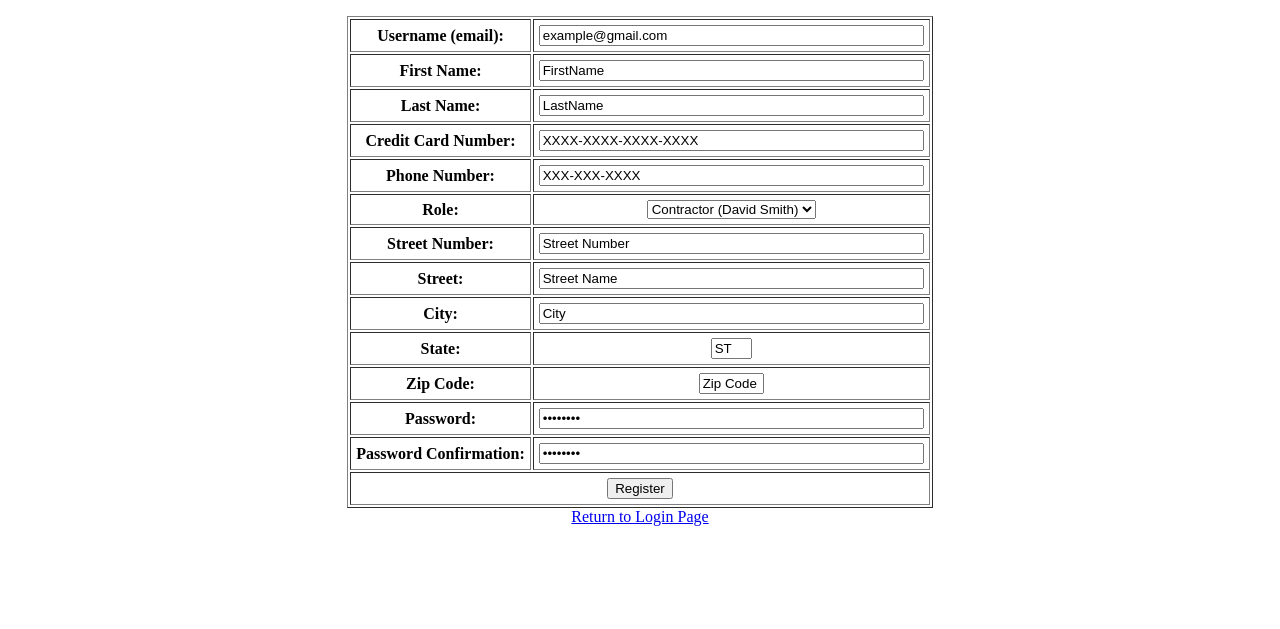
Repository: jrule5960/Tree-Cutting-Database
Page: http://localhost/database/register.jsp
The author's editor kept a copy of each file at every save. The page is drawn from the files as they stood at one save, then again after the next save.
The browser window is 1280 px wide. The pictures show the whole page.
The page is served by Tomcat 9. Other server files are loaded and not shown.

Above is the page before, as saved 2023-11-06 18:34:54.

### database/WebContent/register.jsp
<%@ page language="java" contentType="text/html; charset=ISO-8859-1"
    pageEncoding="ISO-8859-1"%>
<!DOCTYPE html>
<html>
<head><title>Registration</title></head>
<body>
	<div align="center">
		<p> ${errorOne } </p>
		<p> ${errorTwo } </p>
		<form action="register">
			<table border="1" cellpadding="5">
				<tr>
					<th>Username (email): </th>
					<td align="center" colspan="3">
						<input type="text" name="email" size="45"  value="example@gmail.com" onfocus="this.value=''">
					</td>
				</tr>
				<tr>
					<th>First Name: </th>
					<td align="center" colspan="3">
						<input type="text" name="firstName" size="45" value="FirstName" onfocus="this.value=''">
					</td>
				</tr>
				<tr>
					<th>Last Name: </th>
					<td align="center" colspan="3">
						<input type="text" name="lastName" size="45" value="LastName" onfocus="this.value=''">
					</td>
				</tr>
				<tr>
				    <th>Credit Card Number: </th>
				    <td align="center" colspan="3">
				        <input type="text" name="creditCardNumber" size="45" value="XXXX-XXXX-XXXX-XXXX" onfocus="this.value=''">
				    </td>
				</tr>
				<tr>
				    <th>Phone Number: </th>
				    <td align="center" colspan="3">
				        <input type="text" name="phoneNumber" size="45" value="XXX-XXX-XXXX" onfocus="this.value=''">
				    </td>
				</tr>
				<tr>
				    <th>Role: </th>
				    <td align="center" colspan="3">
				        <select name="role">
				            <option value="David Smith">Contractor (David Smith)</option>
				            <option value="Client">Client</option>
				            <option value="Admin Root">Root Admin</option>
				        </select>
				    </td>
				</tr>

				<tr>
				    <th>Street Number: </th>
				    <td align="center" colspan="3">
				        <input type="text" name="adress_street_num" size="45" value="Street Number" onfocus="this.value=''">
				    </td>
				</tr>
				<tr>
				    <th>Street: </th>
				    <td align="center" colspan="3">
				        <input type="text" name="adress_street" size="45" value="Street Name" onfocus="this.value=''">
				    </td>
				</tr>
				<tr>
				    <th>City: </th>
				    <td align="center" colspan="3">
				        <input type="text" name="adress_city" size="45" value="City" onfocus="this.value=''">
				    </td>
				</tr>
				<tr>
				    <th>State: </th>
				    <td align="center" colspan="3">
				        <input type="text" name="adress_state" size="2" value="ST" onfocus="this.value=''">
				    </td>
				</tr>
				<tr>
				    <th>Zip Code: </th>
				    <td align="center" colspan="3">
				        <input type="text" name="adress_zip_code" size="5" value="Zip Code" onfocus="this.value=''">
				    </td>
				</tr>

				<tr>
					<th>Password: </th>
					<td align="center" colspan="3">
						<input type="password" name="password" size="45" value="password" onfocus="this.value=''">
					</td>
				</tr>
				<tr>
					<th>Password Confirmation: </th>
					<td align="center" colspan="3">
						<input type="password" name="confirmation" size="45" value="password" onfocus="this.value=''">
					</td>

				</tr>
				<tr>
					<td align="center" colspan="5">
						<input type="submit" value="Register"/>
					</td>
				</tr>
			</table>
			<a href="login.jsp" target="_self">Return to Login Page</a>
		</form>
	</div>
</body>

After the next save:
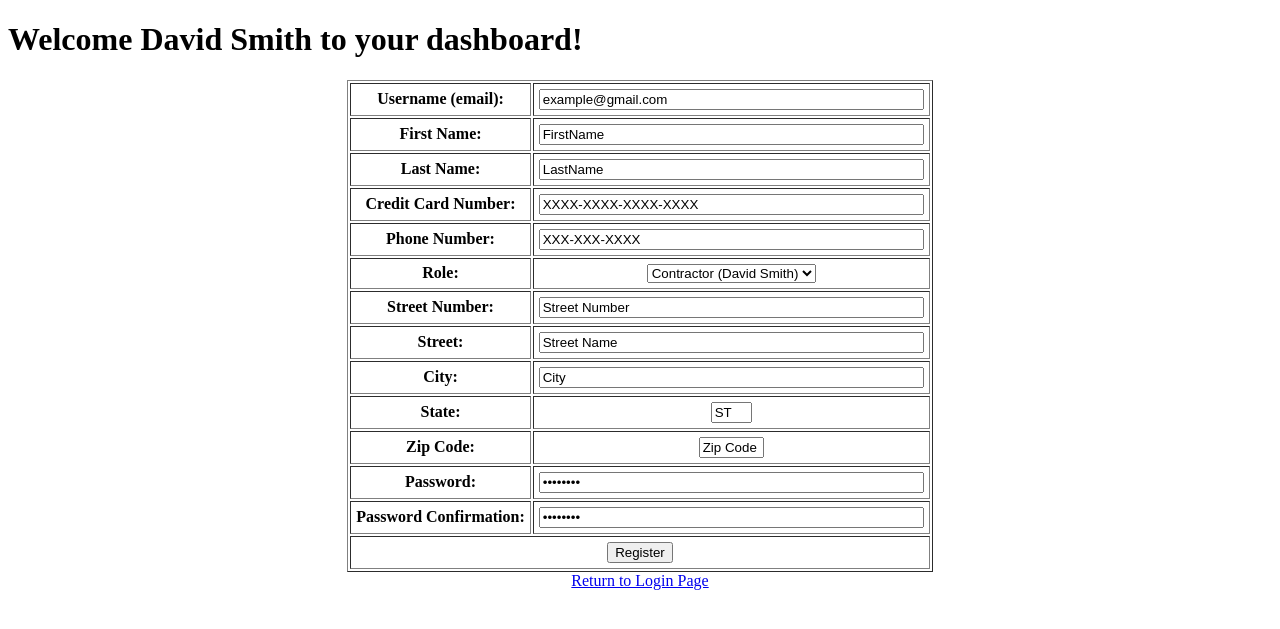
Saved 59 s later.
--- a/database/WebContent/register.jsp
+++ b/database/WebContent/register.jsp
@@ -4,6 +4,8 @@
 <html>
 <head><title>Registration</title></head>
 <body>
+<h1>Welcome David Smith to your dashboard!</h1>
+
 	<div align="center">
 		<p> ${errorOne } </p>
 		<p> ${errorTwo } </p>
